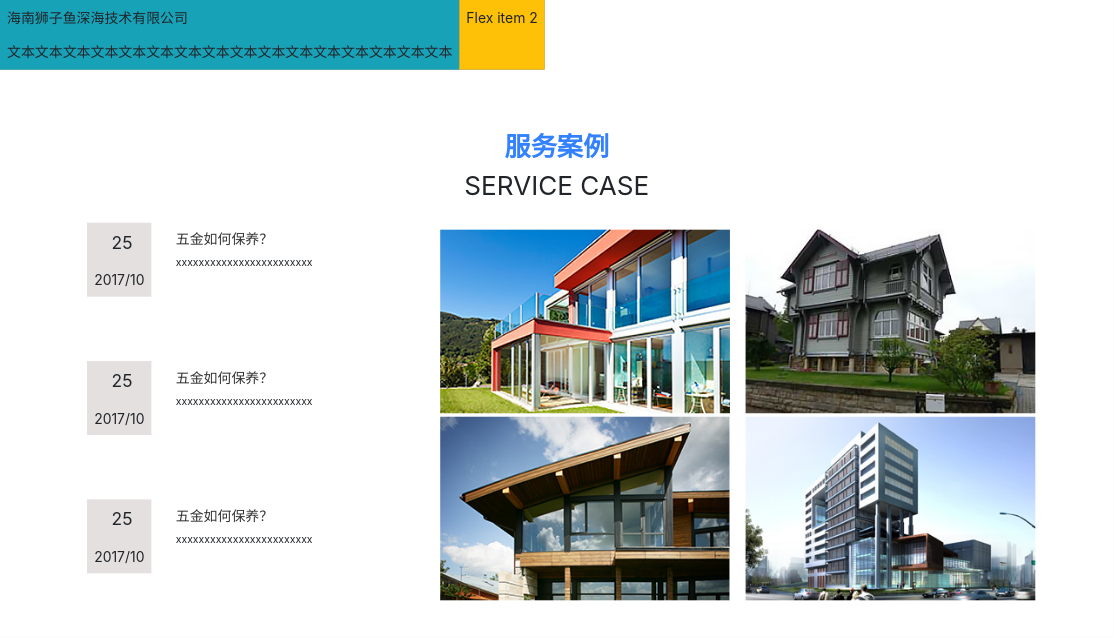
Repository: Noitom/Hadalsnailfish
Page: src/main/resources/static/html/main.html
An editor plug-in stored every save of this project. The page is shown before and after the next save, followed by the edit.
The browser window is 1280 px wide. The pictures show the whole page, at 87% of full size.

Above is the page before, as saved 2021-12-14 17:32:16.
Console error: TypeError: Cannot read properties of undefined (reading 'offsetTop')

After the next save:
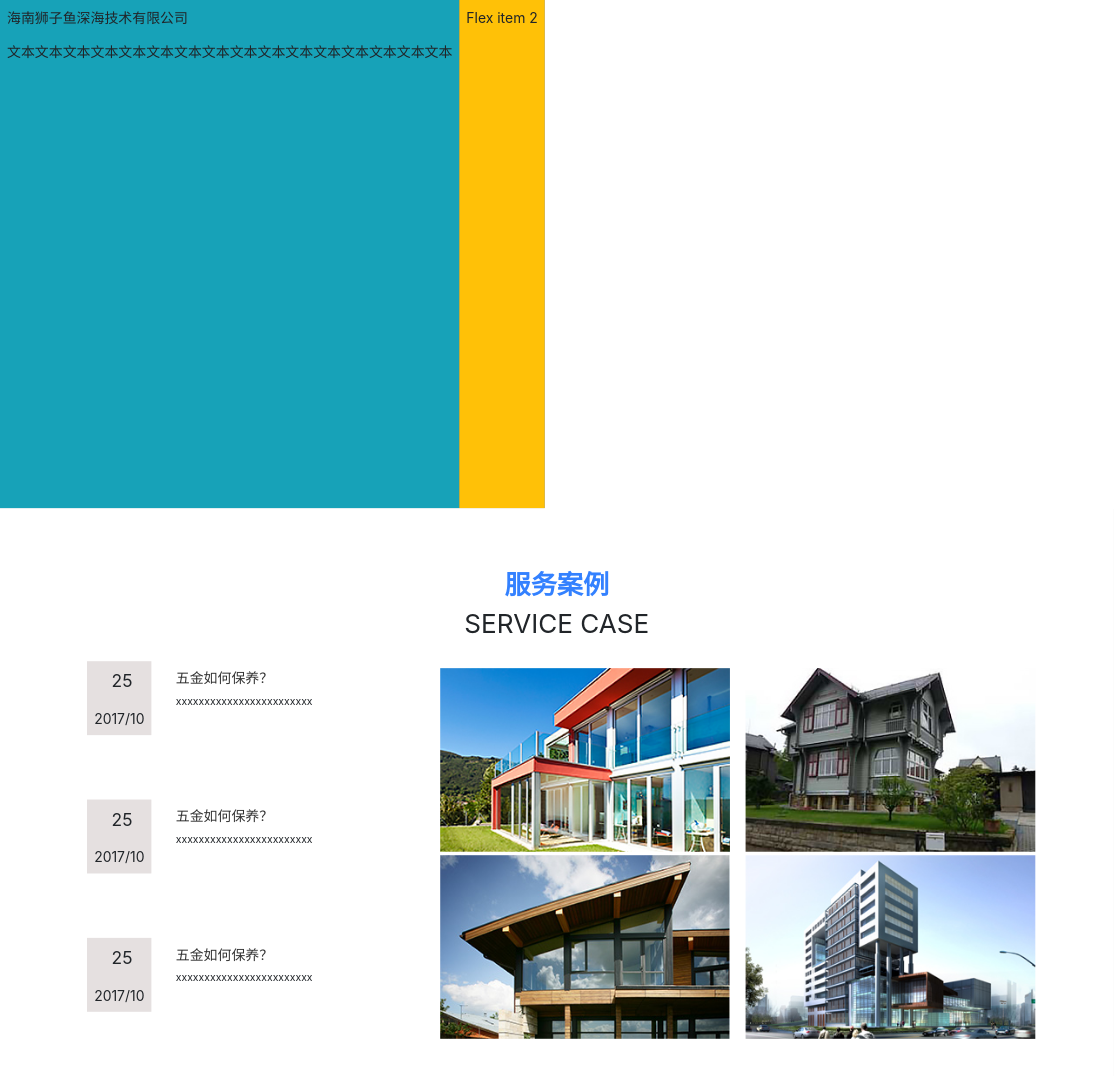
Saved 36 s later.
--- a/src/main/resources/static/css/cl-css.css
+++ b/src/main/resources/static/css/cl-css.css
@@ -132,19 +132,19 @@ a:hover{
     -moz-transform: scale(1.1, 1.1);
 }
 第二模块 */
-/* .jumbotron-one{
+.jumbotron-one{
     height: 650px;
     position: relative;
 }
 .szy-tow {
     height: 600px;
-    position: absolute;
+    /* position: absolute;
     left: 30%;
     top: 50%;
     transform: translate(-50%)
-    translatey(-50%)
-
-}
+    translatey(-50%) */
+
+/* }
 .szy-tow p{
     font-size: 20px;
     font-family: 微软雅黑;
@@ -152,7 +152,7 @@ a:hover{
 .szy-tow span {
     font-size: 13px;
     font-family: 微软雅黑;
-} */
+}  */
 /* .szy-tow-one {
     width: 30%;
     height: 600px;
